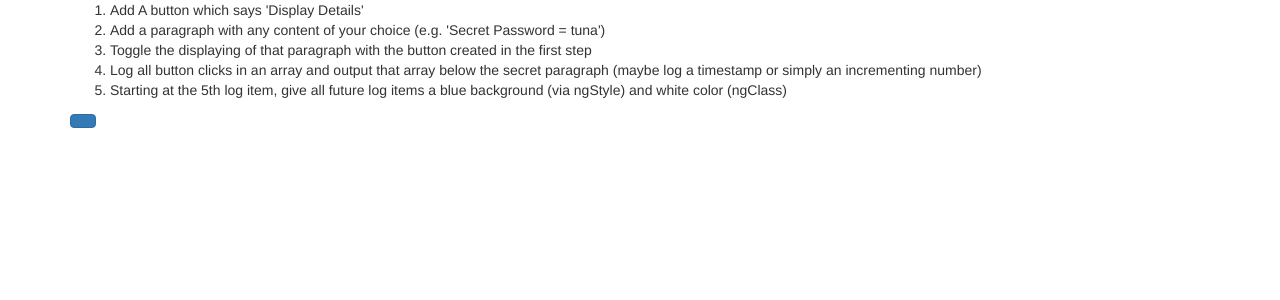
Repository: warrior1803-wang/Angular-Practices
Page: /
These files come from the project's save history. The page is drawn as it stood at one moment and after the next save; the edit follows.
The browser window is 1280 px wide. The pictures show the whole page.
The project was rebuilt for these pictures with package versions that can differ from the ones it lists, and the page was loaded fresh each time. Also part of the build but not shown: angular.json.

Above is the page before, as saved 2022-11-02 21:38:03.

After the next save:
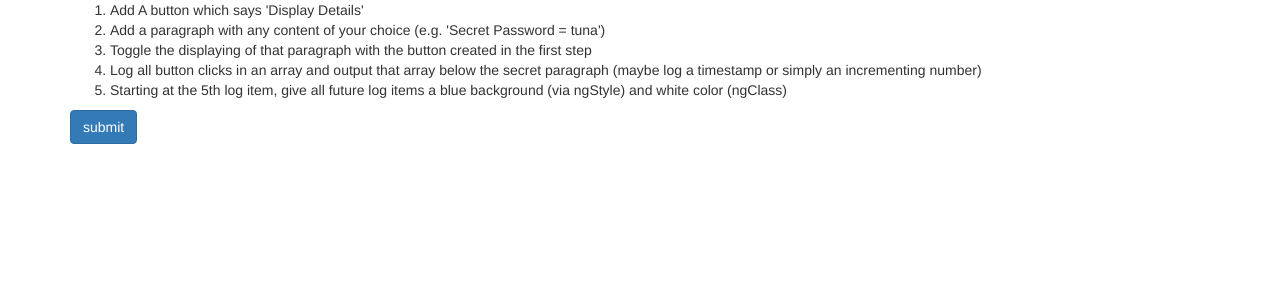
Saved 10 s later.
--- a/src/app/app.component.html
+++ b/src/app/app.component.html
@@ -21,7 +21,7 @@
           background (via ngStyle) and white color (ngClass)
         </li>
       </ol>
-      <button class="btn btn-primary"></button>
+      <button class="btn btn-primary">submit</button>
     </div>
   </div>
 </div>
